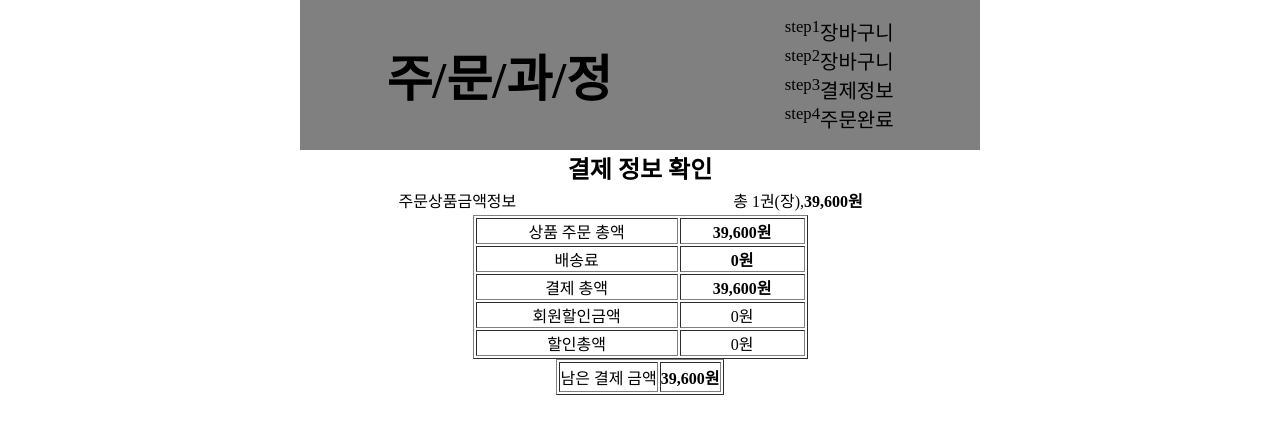
Repository: kym-1000/book
Page: http://localhost/book/WEB-INF/views/cart/pay.jsp
An editor plug-in stored every save of this project. The page is shown before and after the next save, followed by the edit.
The browser window is 1280 px wide. The pictures show the whole page.
The page is served by Tomcat 9. Nobody is signed in. The template is opened directly, without the code that normally fills it, so the values that code supplies are empty.

Above is the page before, as saved 2023-01-02 07:52:50.

After the next save:
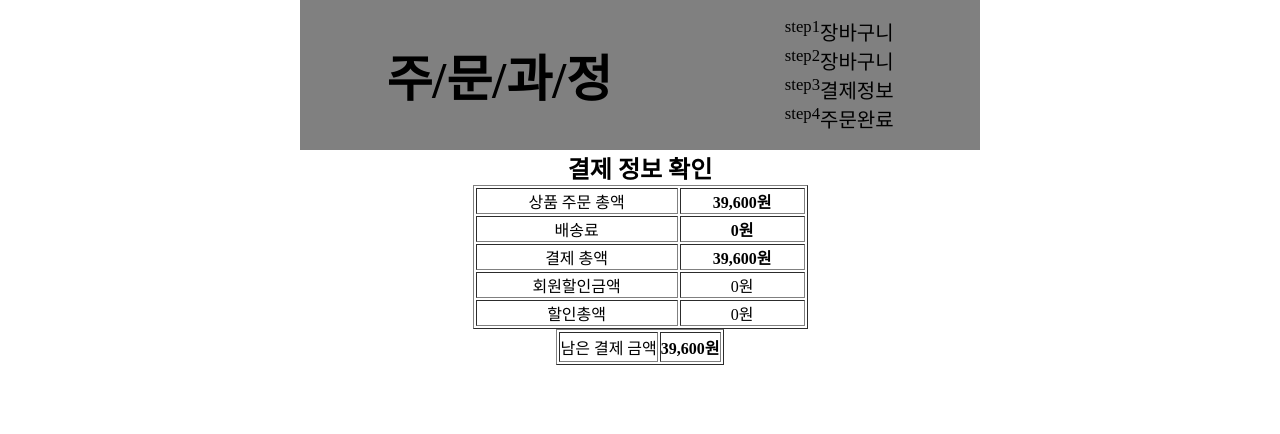
Saved 17 s later.
--- a/book/book/src/main/webapp/WEB-INF/views/cart/pay.jsp
+++ b/book/book/src/main/webapp/WEB-INF/views/cart/pay.jsp
@@ -35,14 +35,7 @@
 
 	<form action="" method="post">
 
-            <table width="670" border="0" cellpadding="2" cellspacing="1" class="step2_paytable1" style=" border-bottom:0px;">
-              <tbody><tr>
-                <td height="28" >주문상품금액정보</td>
-                <td height="28">&nbsp;&nbsp; 총 <span ><span>1</span></span>권(장),<strong><span>39,600</span>원</strong></td>
-              </tr>
-            </tbody></table>
-              <tbody><tr>
-                <td width="335" height="28" align="left" valign="top" class="td3">
+
                 <table width="335" border="1">
                   <tbody>
                     <tr>
